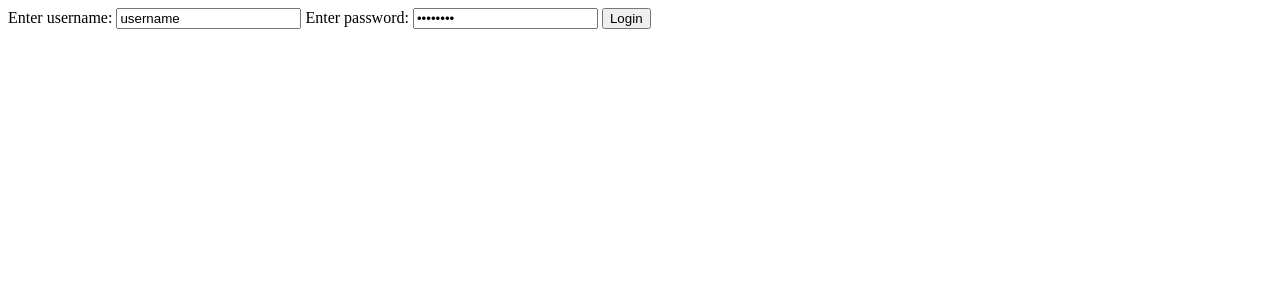
Repository: vidhatesanket/J2EE
Page: http://localhost/crudOperation/
An editor plug-in stored every save of this project. The page is shown before and after the next save, followed by the edit.
The browser window is 1280 px wide. The pictures show the whole page.
The page is served by Tomcat 9. Other server files are loaded and not shown.

Above is the page before, as saved 2024-01-09 07:18:07.

### crudOperation/src/main/webapp/index.jsp
<%@ page language="java" contentType="text/html; charset=ISO-8859-1"
    pageEncoding="ISO-8859-1"%>
<!DOCTYPE html>
<html>
<head>
<meta charset="ISO-8859-1">
<title>Insert title here</title>
</head>
<body>
<form action="validateUser" method="post">
	Enter username: <input type="text" value="username">
	Enter password: <input type="password" value="password">
	<input type="submit" value="Login">
</form>
</body>
</html>

After the next save:
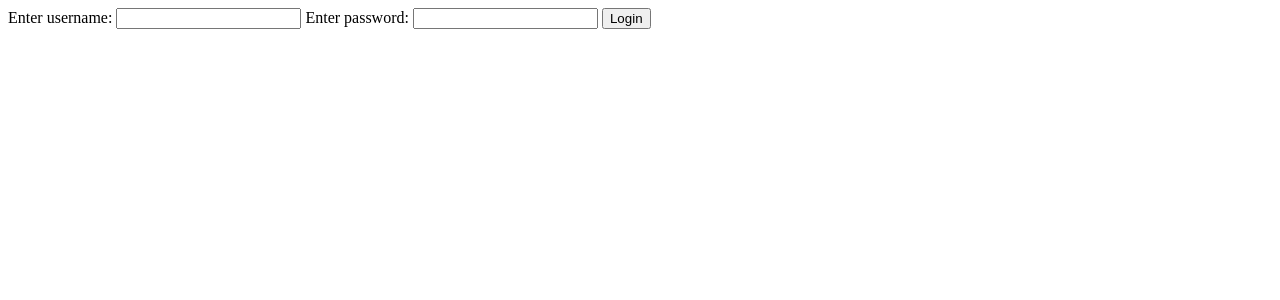
Saved 79 s later.
--- a/crudOperation/src/main/webapp/index.jsp
+++ b/crudOperation/src/main/webapp/index.jsp
@@ -8,8 +8,8 @@
 </head>
 <body>
 <form action="validateUser" method="post">
-	Enter username: <input type="text" value="username">
-	Enter password: <input type="password" value="password">
+	Enter username: <input type="text" name="username">
+	Enter password: <input type="password" name="password">
 	<input type="submit" value="Login">
 </form>
 </body>
